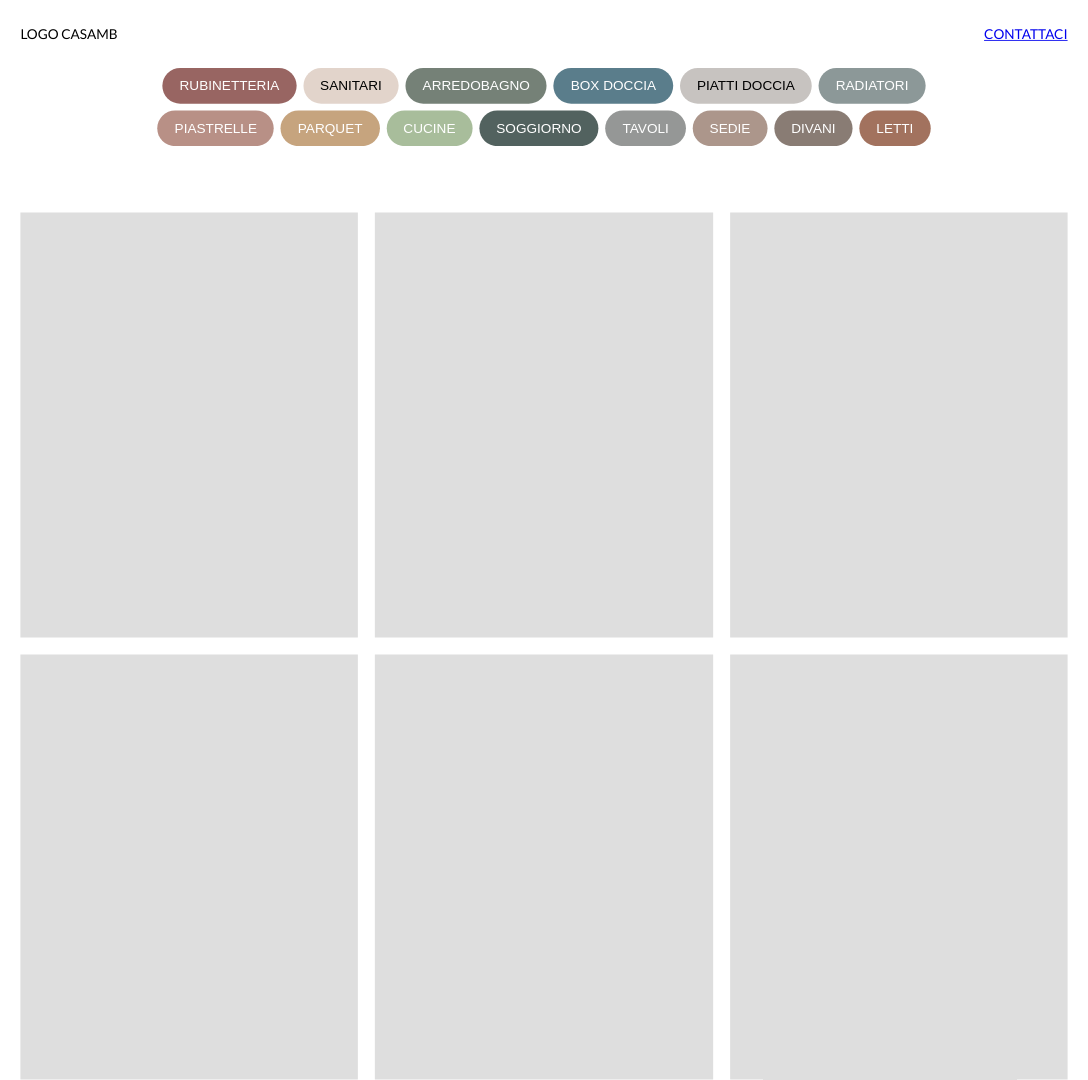
Repository: nicolorz/casamb
Page: /
These files come from the project's save history. The page is drawn as it stood at one moment and after the next save; the edit follows.
The browser window is 1280 px wide. The pictures show the whole page, at 85% of full size.
The project was rebuilt for these pictures with package versions that can differ from the ones it lists, and the page was loaded fresh each time. Also part of the build but not shown: src/index.css, src/App.css.

Above is the page before, as saved 2023-07-19 14:27:25.

### src/index.js
import React from 'react';
import ReactDOM from 'react-dom/client';
import './index.css';
import './assets/css/reset.css'
import './assets/css/style.css'
import App from './App';
import reportWebVitals from './reportWebVitals';

const root = ReactDOM.createRoot(document.getElementById('root'));
root.render(
  <React.StrictMode>
    <App />
  </React.StrictMode>
);

// If you want to start measuring performance in your app, pass a function
// to log results (for example: reportWebVitals(console.log))
// or send to an analytics endpoint. Learn more: https://bit.ly/CRA-vitals
reportWebVitals();

### src/assets/css/style.css
@import url('https://fonts.googleapis.com/css2?family=Lato:ital,wght@0,300;0,400;0,700;1,300;1,400;1,700&display=swap');

html, body {
  margin: 0;
  padding: 0;
  font-size: 16px;
  font-family: 'Lato', sans-serif;
}

.main-wrapper {
  width: 100vw;
  height: 100vh;
  background-color: #fff;
  padding: 0 24px;
  box-sizing: border-box;
}

### src/App.js
import logo from './logo.svg';
import './App.css';
import  {Header} from './components/HeaderWrapper/HeaderWrapper';
import { CardWrapper } from './components/CardWrapper/CardWrapper';

function App() {

  return (
    <div className="main-wrapper">
      <Header />
      <CardWrapper />
    </div>
  );
}

export default App;

### src/components/HeaderWrapper/HeaderWrapper.js
import './Header.css'
import { HeaderBottom } from './HeaderBottom'
import { HeaderTop } from './HeaderTop'

export const Header = () => {
    return <div className="header">
        <HeaderTop />
        <HeaderBottom />
    </div>
}

### src/components/CardWrapper/CardWrapper.js
import './CardWrapper.css'

export const CardWrapper = () => {
    return (
        <div className="card-wrapper">
            <div className="card-item"></div>
            <div className="card-item"></div>
            <div className="card-item"></div>
            <div className="card-item"></div>
            <div className="card-item"></div>
            <div className="card-item"></div>
        </div>
    )
};

### src/components/HeaderWrapper/Header.css
.header {
    width: 100vw;
    padding: 0 24px;
    box-sizing: border-box;
    position: fixed;
    top: 0;
    left: 0;
}

.header-top {
    width: 100%;
    display: flex;
    flex-flow: row nowrap;
    justify-content: space-between;
    align-items: center;
}

.header-top_logo {
    padding: 2rem 0;
}

.header-bottom {
    width: 100%;
    display: flex;
    flex-flow: column nowrap;
    align-items: center;
}

.sorting-area {
    max-width: 996px;
    display: flex;
    flex-flow: row wrap;
    justify-content: center;
    gap: 0.5rem;
}

### src/components/HeaderWrapper/HeaderBottom.js
import { SortingBtn } from "../SortingBtn/Sortingbtn"

const sortingButtons = [
    {
        tag: 'rubinetteria',
        label: 'rubinetteria',
        backgroundColor: '#986562',
        color: true
    },
    {
        tag: 'sanitari',
        label: 'sanitari',
        backgroundColor: '#E2D4CB',
        color: false,
        textColor: '#000'
    },
    {
        tag: 'arredobagno',
        label: 'arredobagno',
        backgroundColor: '#758177',
        color: true
    },
    {
        tag: 'boxdoccia',
        label: 'box doccia',
        backgroundColor: '#5A7D8B',
        color: true
    },
    {
        tag: 'piattidoccia',
        label: 'piatti doccia',
        backgroundColor: '#C7C3C0',
        color: false,
        textColor: '#000'
    },
    {
        tag: 'radiatori',
        label: 'radiatori',
        backgroundColor: '#8C9898',
        color: true
    },
    {
        tag: 'piastrelle',
        label: 'piastrelle',
        backgroundColor: '#B89086',
        color: true
    },
    {
        tag: 'parquet',
        label: 'parquet',
        backgroundColor: '#C6A47E',
        color: true
    },
    {
        tag: 'cucine',
        label: 'cucine',
        backgroundColor: '#A8BD9B',
        color: true
    },
    {
        tag: 'soggiorno',
        label: 'soggiorno',
        backgroundColor: '#52625F',
        color: true
    },
    {
        tag: 'tavoli',
        label: 'tavoli',
        backgroundColor: '#959796',
        color: true
    },
    {
        tag: 'sedie',
        label: 'sedie',
        backgroundColor: '#AC968B',
        color: true
    },
    {
        tag: 'divani',
        label: 'divani',
        backgroundColor: '#897C74',
        color: true
    },
    {
        tag: 'letti',
        label: 'letti',
        backgroundColor: '#A2725E',
        color: true
    },
];

export const HeaderBottom = () => {
    return (
        <div className="header-bottom">
            <div className="sorting-area">
                {sortingButtons.map((el) => {
                    return (
                        <SortingBtn key={el.tag} button={el} />
                    )
                })}
            </div>
        </div>
    )
}

### src/components/HeaderWrapper/HeaderTop.js
export const HeaderTop = () => {
    return <div className="header-top">
        <div className="header-top_logo">LOGO CASAMB</div>
        <a href="*" target="_self">CONTATTACI</a>
    </div>
}

### src/components/CardWrapper/CardWrapper.css
.card-wrapper {
    width: 100%;
    margin-top: 250px;
    display: grid;
    grid-template-columns: repeat(3, 1fr);
    gap: 20px;
}

.card-item {
    width: 100%;
    height: 500px;
    background-color: #dedede;
}

### src/components/SortingBtn/Sortingbtn.js
import './Sortingbtn.css'

export const SortingBtn = ({button}) => {
    return <button
        className="sorting-btn"
        style={{
            backgroundColor: button.backgroundColor,
            color: button.color ? '#fff' : button.textColor
        }}
        >
            {button.label.toUpperCase()}
        </button>
};

### src/components/SortingBtn/Sortingbtn.css
.sorting-btn {
    background-color: #62A1FF;
    color: #fff;
    padding: 12px 20px;
    border: none;
    border-radius: 50px;
    -webkit-border-radius: 50px;
    -moz-border-radius: 50px;
    -ms-border-radius: 50px;
    -o-border-radius: 50px;
    font-size: 16px;
    cursor: pointer;
    transition: all 0.3s;
    -webkit-transition: all 0.3s;
    -moz-transition: all 0.3s;
    -ms-transition: all 0.3s;
    -o-transition: all 0.3s;
}

.sorting-btn:hover {
    background-color: #4B84DA;
}

Loaded but not shown: public/index.html (common file); src/assets/css/reset.css (common file); src/reportWebVitals.js (common file)

After the next save:
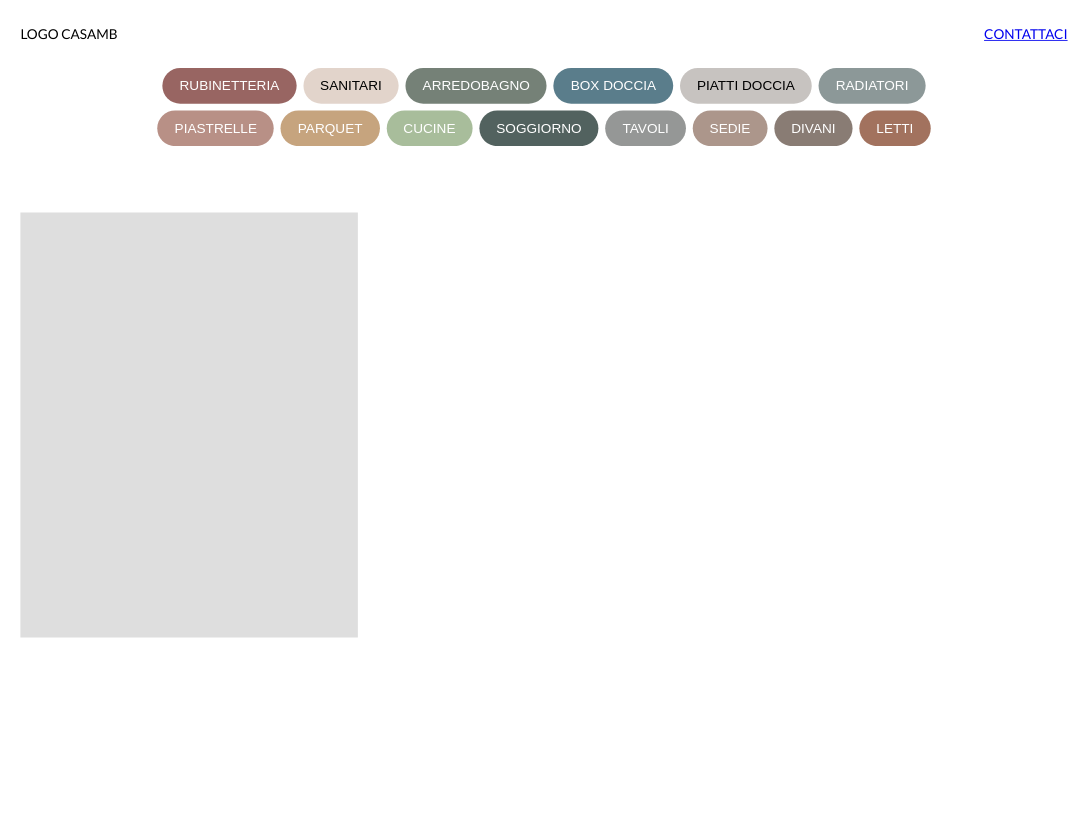
Saved 28 s later.
--- a/src/components/CardWrapper/CardWrapper.js
+++ b/src/components/CardWrapper/CardWrapper.js
@@ -3,12 +3,9 @@ import './CardWrapper.css'
 export const CardWrapper = () => {
     return (
         <div className="card-wrapper">
-            <div className="card-item"></div>
-            <div className="card-item"></div>
-            <div className="card-item"></div>
-            <div className="card-item"></div>
-            <div className="card-item"></div>
-            <div className="card-item"></div>
+            <div className="card-item">
+
+            </div>
         </div>
     )
 };
